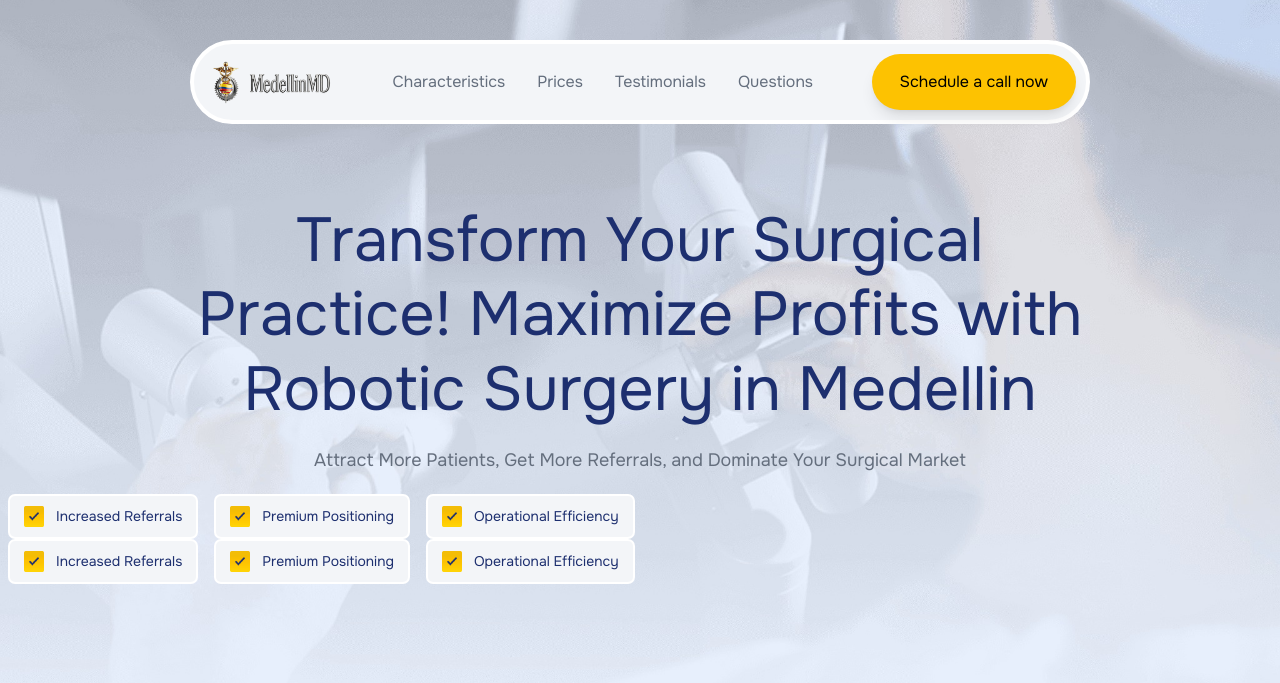
Repository: emmanueltech2019/cmd
Page: /home
These files come from the project's save history. The page is drawn as it stood at one moment and after the next save; the edit follows.
The browser window is 1280 px wide. The pictures show the whole page.
The project was rebuilt for these pictures with package versions that can differ from the ones it lists, and the page was loaded fresh each time. The framework's server and built-in components were replaced by stand-ins that run in the browser. Also part of the build but not shown: next.config.mjs.

Above is the page before, as saved 2025-05-15 16:50:04.

### src/app/home/page.jsx
import React from 'react'
import Image from 'next/image'
import medellinHero from '@/images/jpg/medellinHero.jpg'
import medellinLogo from '@/images/png/medellinLogo.png'
import medellinCheck from '@/images/png/medellinCheck.png'
import SlideView from '../components/SlideView'
import Button from '../components/Button'

const page = () => {
    const slideViewData = [
        { id: 1, text: 'Increased Referrals', image: medellinCheck },
        { id: 2, text: 'Premium Positioning', image: medellinCheck },
        { id: 3, text: 'Operational Efficiency', image: medellinCheck },
        { id: 4, text: 'Higher Patient Volume', image: medellinCheck },
    ];
  return (
    <>
        <div className={`h-screen w-full`}
            style={{
                backgroundImage: `url(${medellinHero.src})`,
                backgroundSize: 'cover',
                backgroundPosition: 'center',
                backgroundRepeat: 'no-repeat',
            }}
        >
            <nav className='py-5'>
                <div className="w-web-navwidth mx-auto bg-web-navwhite backdrop-blur-md p-web-nav-padding flex justify-between items-center rounded-web-radius border-white border-4 my-5">
                    <div className="w-web-logowidth h-web-logoheight flex justify-center items-center">
                        <Image src={medellinLogo} width={100} height={100} alt='medellin logo' className='w-full' />
                    </div>
                    <ul className="flex gap-web-navgap items-center text-navfontsize">
                        <li>
                            <button className='p-web-nav-padding bg-transparent hover:bg-web-blue text-web-navgray hover:text-white transition-all duration-500 rounded-web-navbtnradius'>Characteristics</button>
                        </li>
                        <li>
                            <button className='p-web-nav-padding bg-transparent hover:bg-web-blue text-web-navgray hover:text-white transition-all duration-500 rounded-web-navbtnradius'>Prices</button>
                        </li>
                        <li>
                            <button className='p-web-nav-padding bg-transparent hover:bg-web-blue text-web-navgray hover:text-white transition-all duration-500 rounded-web-navbtnradius'>Testimonials</button>
                        </li>
                        <li>
                            <button className='p-web-nav-padding bg-transparent hover:bg-web-blue text-web-navgray hover:text-white transition-all duration-500 rounded-web-navbtnradius'>Questions</button>
                        </li>
                    </ul>
                    <Button className='bg-web-yellow hover:bg-web-blue py-4 px-7 transition-all duration-500 hover:text-white shadow-lg rounded-web-radius'>Schedule a call now</Button>
                </div>
            </nav>
            <div className="mt-10 w-[100%] md:w-[70%] mx-auto">
                <h1 className="text-center text-web-blue text-webhero-font leading-webhero-lineheight">Transform Your Surgical Practice! Maximize Profits with Robotic Surgery in Medellin</h1>
                <p className='text-websubhero-font text-web-navgray text-center py-5'>Attract More Patients, Get More Referrals, and Dominate Your Surgical Market</p>
            </div>
            <div className="whitespace-nowrap overflow-hidden w-[50%]">
                <div className="flex">
                    {slideViewData.map((item) => (
                        <SlideView key={`a-${item.id}`}>
                            <div className="flex gap-3">
                                <Image src={item.image} alt='medellin check' width={100} height={100} className='w-5' />
                                {item.text}
                            </div>
                        </SlideView>
                    ))}
                </div>
                <div className="flex">
                    {slideViewData.map((item) => (
                        <SlideView key={`b-${item.id}`}>
                            <div className="flex gap-3">
                                <Image src={item.image} alt='medellin check' width={100} height={100} className='w-5' />
                                {item.text}
                            </div>
                        </SlideView>
                    ))}
                </div>
            </div>
        </div>
    </>
  )
}

export default page

### src/app/globals.css
@import url('https://fonts.googleapis.com/css2?family=Onest:wght@100..900&family=Poppins:ital,wght@0,100;0,200;0,300;0,400;0,500;0,600;0,700;0,800;0,900;1,100;1,200;1,300;1,400;1,500;1,600;1,700;1,800;1,900&display=swap');

*{
  font-family: "Onest", sans-serif;
}

@tailwind base;
@tailwind components;
@tailwind utilities;

@font-face {
  font-family: 'Onset';
  src: url('/src/fonts/Onest-VariableFont_wght.ttf') format('truetype');
  font-weight: 400;
  font-style: normal;
  font-display: swap; /* recommended for better performance */
}

### src/app/components/SlideView.jsx
import React from 'react'

const slideview = ({ children }) => {
  return (
    <div className='p-web-heroslideview bg-web-navwhite border-white border-2 rounded-web-heroslideradius text-web-navfontsize text-web-blue mx-2 flex-shrink-0'>{children}</div>
  )
}

export default slideview

### src/app/components/button.jsx
import React from 'react'

const button = ({children}) => {
  return (
    <button className='bg-web-yellow hover:bg-web-blue py-4 px-7 transition-all duration-500 hover:text-white shadow-lg rounded-web-radius'>{children}</button>
  )
}

export default button

### tailwind.config.js
/** @type {import('tailwindcss').Config} */
export default {
  content: [
    "./index.html",
    "./src/**/*.{js,ts,jsx,tsx}",
  ],
  theme: {
    extend: {
      colors: {
        'web-blue': '#1d2f6f',
        'web-yellow': '#fdc201',
        'web-navwhite': '#f3f5f8',
        'web-navgray': '#646e7d',
      },
      boxShadow: {
        'web-shadow': '#abcbff08 0px 0.602187px 2.28831px 0px,'
      },
      padding: {
        'web-btn-padding': '16px 28px',
        'web-nav-padding': '10px',
        'web-heroslideview': '10px 14px'
      },
      lineHeight: {
        'webhero-lineheight': '74.4px'
      },
      fontSize: {
        'webhero-font': '62px',
        'websubhero-font': '18px',
        'web-navfontsize': '14px'
      },
      width: {
        'web-navwidth': '900px',
        'web-logowidth': '130px',
      },
      height: {
        'web-navheight': '76px',
        'web-logoheight': '56px'
      },
      borderRadius: {
        'web-radius': '99px',
        'web-navbtnradius': '8px',
        'web-heroslideradius': '7px'
      },
      gap: {
        'web-navgap': '12px'
      },
      fontFamily: {
        myFont: ['Onset']
      },
      keyframes: {
        'slide': {
          '0%': { transform: 'translateX(0)' },
          '100%': { transform: 'translateX(-100%)' },
        },
      },
      animation: {
        'slide': 'slide 10s linear infinite',
      },
    },
  },
  plugins: [],
}

Loaded but not shown: src/app/layout.jsx (common file)

After the next save:
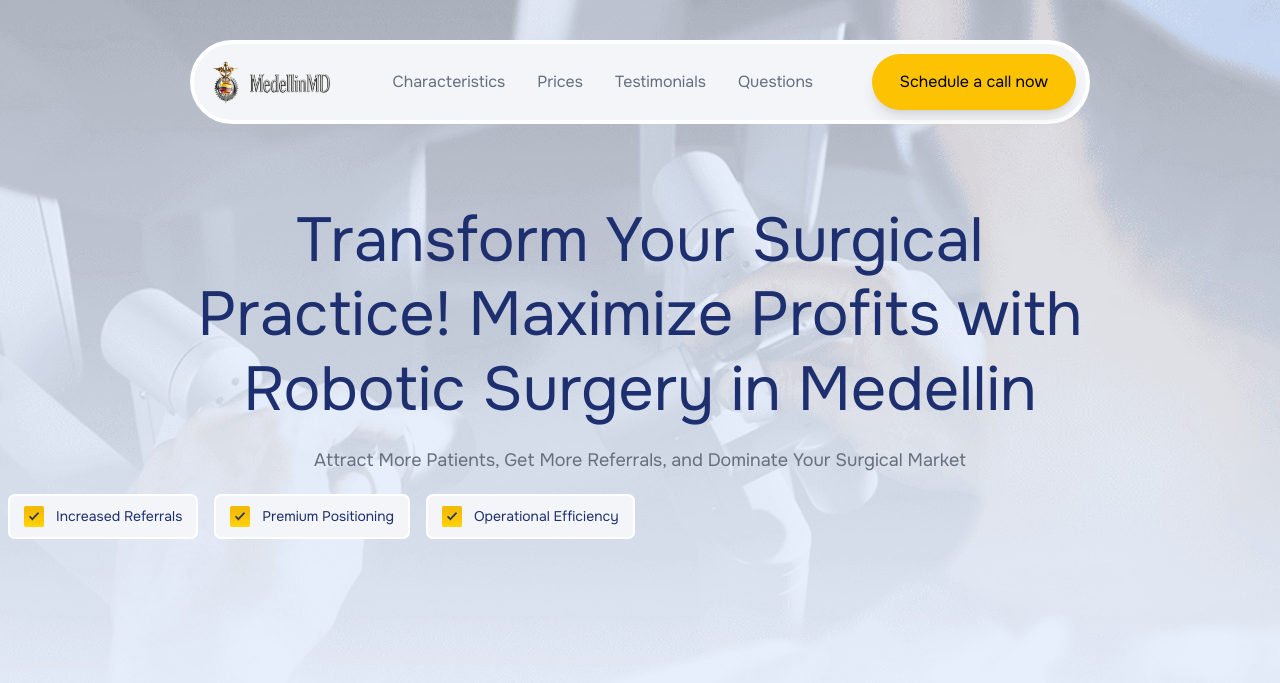
Saved 21 s later.
--- a/src/app/home/page.jsx
+++ b/src/app/home/page.jsx
@@ -49,7 +49,7 @@ const page = () => {
                 <h1 className="text-center text-web-blue text-webhero-font leading-webhero-lineheight">Transform Your Surgical Practice! Maximize Profits with Robotic Surgery in Medellin</h1>
                 <p className='text-websubhero-font text-web-navgray text-center py-5'>Attract More Patients, Get More Referrals, and Dominate Your Surgical Market</p>
             </div>
-            <div className="whitespace-nowrap overflow-hidden w-[50%]">
+            <div className="flex whitespace-nowrap overflow-hidden w-[50%]">
                 <div className="flex">
                     {slideViewData.map((item) => (
                         <SlideView key={`a-${item.id}`}>
